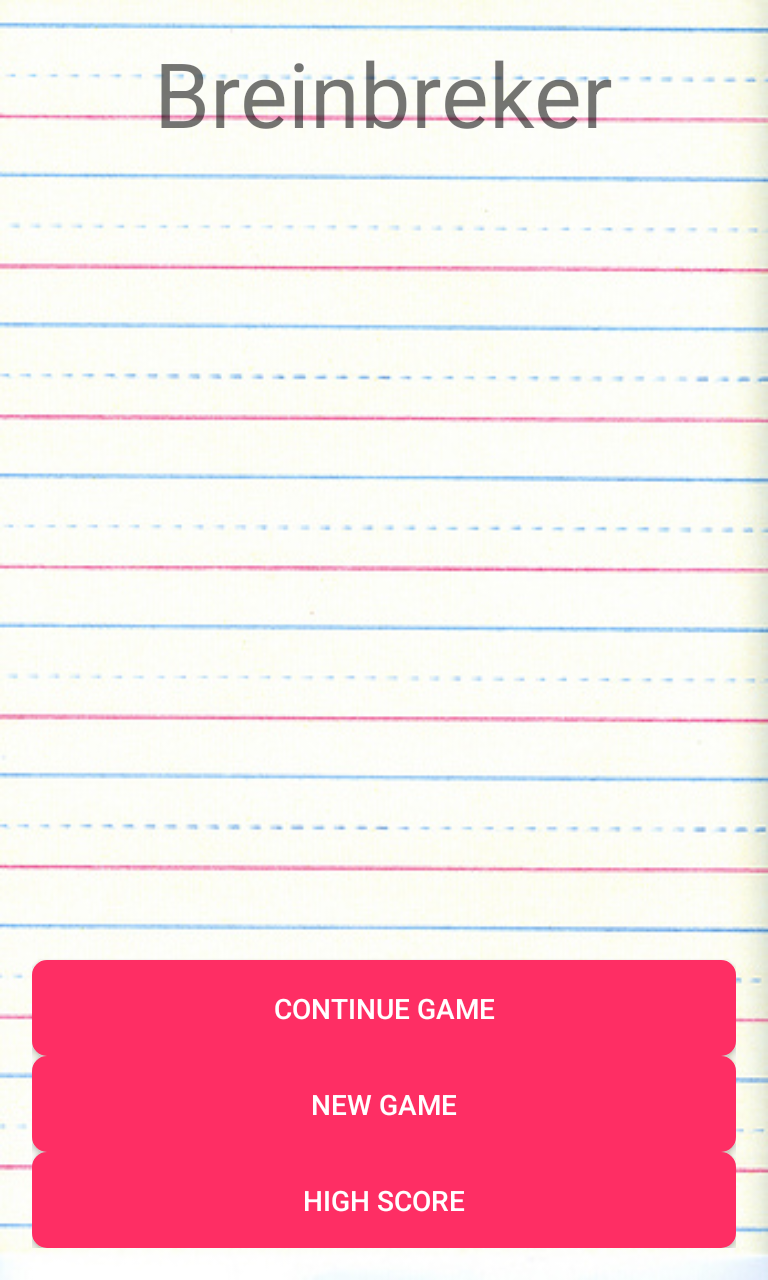
Repository: jelleswester/Breinbreker
Layout: Breinbreker/res/layout/activity_start_screen.xml
The author's editor kept a copy of each file at every save. The layout is drawn from the files as they stood at one save, then again after the next save.
It is drawn on a 768 x 1280 px phone screen (xhdpi) without system bars, with theme AppTheme; the app's code is not run.

Above is the layout before, as saved 2015-01-22 20:57:03.

### Breinbreker/res/layout/activity_start_screen.xml
<RelativeLayout xmlns:android="http://schemas.android.com/apk/res/android"
    xmlns:tools="http://schemas.android.com/tools"
    android:layout_width="match_parent"
    android:layout_height="match_parent"
    android:paddingBottom="@dimen/activity_vertical_margin"
    android:paddingLeft="@dimen/activity_horizontal_margin"
    android:paddingRight="@dimen/activity_horizontal_margin"
    android:paddingTop="@dimen/activity_vertical_margin"
    android:background="@drawable/background"
    tools:context="nl.mprog.jelleswester.breinbreker.StartScreenActivity" >

    <TextView
        android:id="@+id/textView1"
        android:layout_width="wrap_content"
        android:layout_height="wrap_content"
        android:layout_alignParentTop="true"
        android:layout_centerHorizontal="true"
        android:text="@string/brein_breker"
        android:textSize="45sp" />

    <Button
        android:id="@+id/highScoreButton"
        android:layout_width="fill_parent"
        android:layout_height="wrap_content"
        android:layout_alignParentBottom="true"
        android:layout_centerHorizontal="true"
        android:onClick="highScoreButton"
        android:background="@drawable/button_shape"
        android:textColor="@color/white"
        android:text="@string/high_score" />

    <Button
        android:id="@+id/newGameButton"
        android:layout_width="fill_parent"
        android:layout_height="wrap_content"
        android:layout_above="@+id/highScoreButton"
        android:layout_alignLeft="@+id/highScoreButton"
        android:onClick="startButton"
        android:background="@drawable/button_shape"
        android:textColor="@color/white"
        android:text="@string/new_game" />

    <Button
        android:id="@+id/continueGameButton"
        android:layout_width="fill_parent"
        android:layout_height="wrap_content"
        android:layout_above="@+id/newGameButton"
        android:layout_alignLeft="@+id/newGameButton"
        android:onClick="startButton"
        android:background="@drawable/button_shape"
        android:textColor="@color/white"
        android:text="@string/continue_game" />

</RelativeLayout>

### Breinbreker/res/values/strings.xml
<?xml version="1.0" encoding="utf-8"?>
<resources>

    <string name="app_name">Breinbreker</string>
    <string name="hello_world">Hello world!</string>
    <string name="action_settings">Settings</string>
    <string name="title_activity_game_play">GamePlay</string>
    <string name="title_activity_high_score">HighScore</string>
    <string name="title_activity_you_won">YouWon</string>
    <string name="brein_breker">Breinbreker</string>
    <string name="start_game">START</string>
    <string name="high_score">High Score</string>
    <string name="back">Back</string>
    <string name="confirm">Confirm</string>
    <string name="you_won">You Won</string>
    <string name="congratulations">Congratulations!</string>
    <string name="high_score_entry">Please enter your name for your high score:</string>
    <string name="example_name">Bob</string>
    <string name="example_high_score">1.    Bob               03:59:15</string>
    <string name="characters">AAAA</string>
    <string name="symbol">+</string>
    <string name="symbol_equal">=</string>
    <string name="text">1234</string>
    <string name="continue_game">Continue Game</string>
    <string name="new_game">New Game</string>


</resources>

### Breinbreker/res/drawable-hdpi/button_shape.xml
<?xml version="1.0" encoding="UTF-8"?>
<shape
    xmlns:android="http://schemas.android.com/apk/res/android">
    <stroke
        android:width="1dp"
        android:color="#FE2E64"/>
    <corners
        android:radius="7dp" />

    <padding
        android:left="1dp"
        android:right="1dp"
        android:top="1dp"
        android:bottom="1dp"/>

    <solid android:color="#FE2E64"/>

</shape>

### Breinbreker/res/values/color.xml
<?xml version="1.0" encoding="utf-8"?>
<resources>
    <item name="white" type="color">#FFFFFF</item>
</resources>

Loaded but not shown: Breinbreker/res/values/styles.xml (common file); Breinbreker/res/values-v11/styles.xml (common file); Breinbreker/res/values-v14/styles.xml (common file); Breinbreker/res/values/dimens.xml (common file); Breinbreker/res/values-w820dp/dimens.xml (common file)

After the next save:
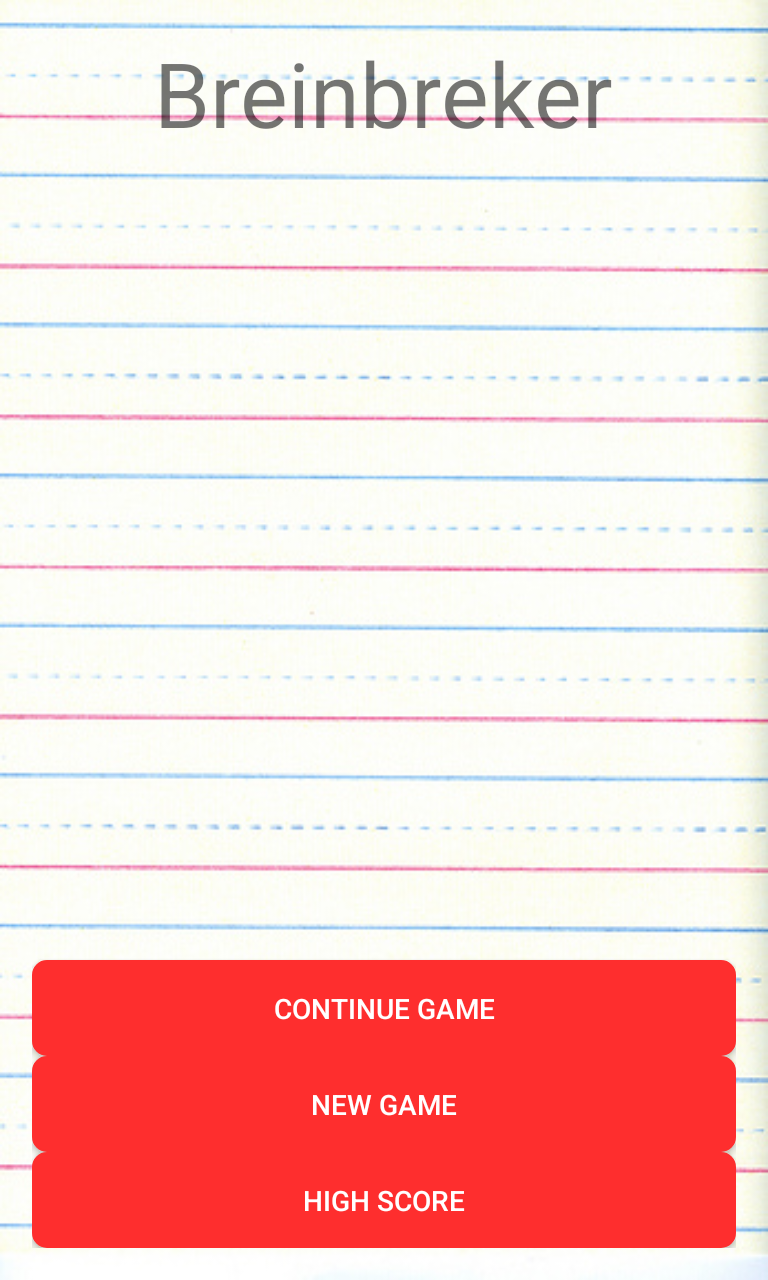
Saved 59 s later.
--- a/Breinbreker/res/drawable-hdpi/button_shape.xml
+++ b/Breinbreker/res/drawable-hdpi/button_shape.xml
@@ -3,7 +3,7 @@
     xmlns:android="http://schemas.android.com/apk/res/android">
     <stroke
         android:width="1dp"
-        android:color="#FE2E64"/>
+        android:color="#FE2E2E"/>
     <corners
         android:radius="7dp" />
 
@@ -13,6 +13,6 @@
         android:top="1dp"
         android:bottom="1dp"/>
 
-    <solid android:color="#FE2E64"/>
+    <solid android:color="#FE2E2E"/>
 
 </shape>
